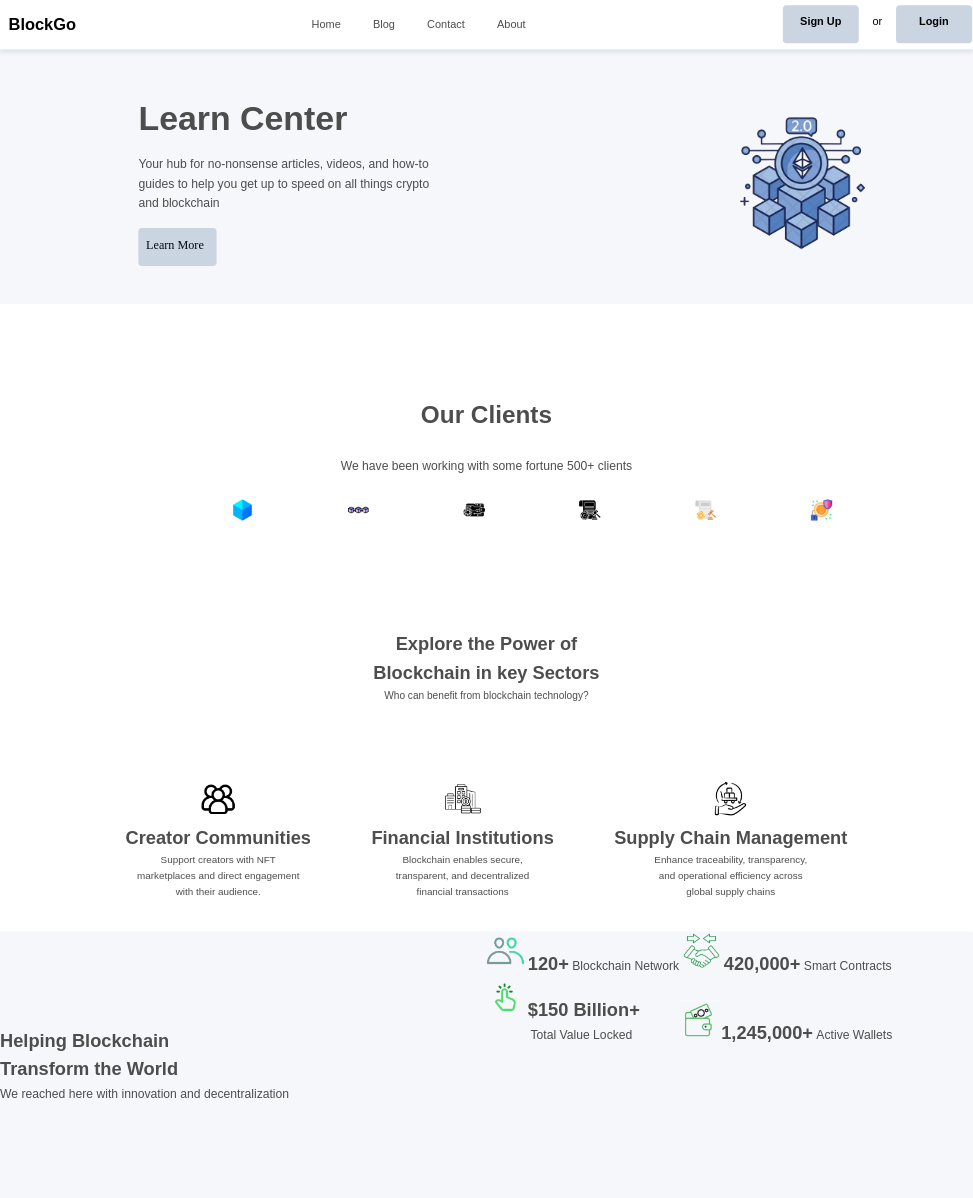
Repository: Tafsirul555/Assignment
Page: Assignment1.html
An editor plug-in stored every save of this project. The page is shown before and after the next save, followed by the edit.
The browser window is 1280 px wide. The pictures show the whole page, at 76% of full size.

Above is the page before, as saved 2025-06-09 02:02:05.

### Assignment1.html
<!DOCTYPE html>
<html lang="en">
<head>
    <meta charset="UTF-8">
    <meta name="viewport" content="width=device-width, initial-scale=1.0">
    <link rel="stylesheet" href="Assignment1.css">
    <title>Document</title>
</head>
<body>
    <nav class="navbar">

        <div class="logo">
            <h1>BlockGo</h1>
        </div>

        <div class="nav-link">

                    <a href="#">Home</a>
                    <a href="#">Blog</a>
                    <a href="#">Contact</a>
                    <a href="#">About</a>
        </div>
        <div class="Data">
            <a href="#" class="SignUp">Sign Up</a>
            <p>&nbsp;or&nbsp;</p>
            <a href="#" class="Login">Login</a>
        </div>
    </nav>

    <header class="Headerbar">

        <div class="Header-banner">
            <h1>Learn Center</h1>
            <p>Your hub for no-nonsense articles, videos, and how-to guides to help you get up to speed on all things crypto and blockchain</p>

            <a href="#" class="headerbutton">Learn More</a>
        </div>
         <div class="bannerpic">
            <img src="/Pic/blockchain-20-8079799-6591924-removebg-preview.png" alt="Blockchain">
        </div>
    </header>

    <main class="mainbar">
        <div class="main-text">
        <h1>Our Clients</h1>
        <p>We have been working with some fortune 500+ clients</p>
        </div>

        <div class="main-pic">
            <img src="/Pic/icon/block.png" alt="block.png">
            <img src="/Pic/icon/blockchain.png" alt="blockchain.png">
            <img src="/Pic/icon/crypto-wallet.png" alt="crypto-wallet.png">
            <img src="/Pic/icon/currency-exchange (1).png" alt="currency-exchange (1).png">
            <img src="/Pic/icon/currency-exchange.png" alt="currency-exchange.png">
            <img src="/Pic/icon/secure.png" alt="secure.png">
        </div>
    </main>

    <section class="sectionbar">
        <div class="section-text">
        <h1>Explore the Power of <br>Blockchain in key Sectors</h1>

<p>Who can benefit from blockchain technology?</p>
</div>
    </section>

    <article class="articlebar">

        <div class="article-cc">
            <img src="/Pic/icon/group (1).png" alt="group.png">
            <h1>Creator Communities</h1>
            <p>Support creators with NFT<br>marketplaces and direct engagement<br>with their audience.</p>
            </div>

       <div class="article-fi">
        <img src="/Pic/icon/corporation.png" alt="corporation.png">
       <h1>Financial Institutions</h1>
       <p>Blockchain enables secure,<br>transparent, and decentralized<br>financial transactions</p>
        </div>

        <div class="article-scm">
            <img src="/Pic/icon/procurement.png" alt="procurement.png">
            <h1>Supply Chain Management</h1>
            <p>Enhance traceability, transparency,<br>and operational efficiency across<br>global supply chains</p>
        </div>
    </article>

    <figure class="figurebar">

        <div class="figure-text">
            <h2>Helping Blockchain<br>Transform the World</h2>
            <p>We reached here with innovation and decentralization</p>
        </div>

        <div class="figure-box">

        <div class="figure-bn">
            <div class="figure-bn-img">
            <img src="/Pic/icon/group.png" alt="">
            </div>
            <h2>120+</h2>
            <p>Blockchain Network</p>
        </div>

        <div class="figure-sc">
            <div class="figure-sc-img">
            <img src="/Pic/icon/mutual.png" alt="">
            </div>
            <h2>420,000+</h2>
            <p>Smart Contracts</p>
        </div>

        <div class="figure-tvl">
            <div class="figure-tvl-img">
            <img src="/Pic/icon/tap.png" alt="">
            </div>
            <h2>$150 Billion+</h2>
            <p>Total Value Locked</p>
        </div>

        <div class="figure-aw">
            <div class="figure-aw-img">
            <img src="/Pic/icon/wallet.png" alt="">
            </div>
            <h2>1,245,000+</h2>
            <p>Active Wallets</p>
        </div>
        </div>

    </figure>

</body>
</html>

### Assignment1.css
*{
    margin: 0;
    padding: 0;
    box-sizing: border-box;
    text-decoration: none;
    background: rgba(255, 255, 255, 1);

}

body{
    font-family: Arial, Helvetica, sans-serif;
    line-height: 1.6;
    height: 100%;
}

.navbar{
    width: 100%;
    height: 9vh;
    /* left: -127px;
    padding: 11.14px, 100.23px, 11.14px, 100.23px;
    gap: 43.85px; */
    color: #f5f5ff 0%;
    box-shadow: 0px 2.78px 5.57px 0px rgba(171, 190, 209, 0.4);
    position: fixed;
    display: flex;
    justify-content: center;
    align-items: center;
}

/* .nav-link{
    width: 254.1160888671875px;
    height: 17px;
    gap: 16.71px;
    display: flex;
    justify-content: center;
} */

.navbar div,
.navbar a,
.navbar h1,
.navbar p{
    display: inline-block;
}

.navbar .nav-link a{
    color: rgba(77, 77, 77, 1);
}


.navbar div,
.navbar a,
.navbar p{
    font-size: 2vh;
}

.navbar .logo,
.navbar .nav-link{
    margin-right: 290px;
}

.navbar .logo,
.navbar .nav-link,
.navbar .data,
.navbar p{
    padding: 10px;
    text-align: center;
}

.navbar .nav-link a{
    padding-right: 3vw;
}

.SignUp,
.Login{
    background-color: rgba(203, 213, 225, 1);
    width: 100px;
    height: 50px;
    padding: 10px;
    border-radius: 5px;
    text-align: center;
    font-weight: bold;
    color: black;
}

.Headerbar{
    width: 100%;
    height: 400px;
    background-color: rgba(245, 247, 250, 1);
    display: flex;
    justify-content: center;
    align-items: center;
    padding: 20px;
    gap: 27vw;
    flex-wrap: wrap;
}

.Header-banner{
    display: flex;
    flex-direction: column;
    align-content: center;
    max-width: 400px;
}

.bannerpic{
    width: 150px;
    height: auto;
    object-fit: contain;
    margin-top: 70px;
    margin-right: 20px;
}

.Headerbar p,
.Headerbar h1,
.Headerbar a,
.Headerbar img,
.Header-banner,
.bannerpic{
    background-color: rgba(245, 247, 250, 1);
}

.Headerbar h1{
    margin-top: 80px;
}

.Headerbar p,
.Headerbar h1,
.Headerbar a{
    padding-bottom: 20px;
}

.Header-banner h1{
    font:message-box;
    font-weight:bold;
    font-size: 44.55px;
    line-height: 52.9px;
    letter-spacing: 0%;
    color: rgba(77, 77, 77, 1);
}

.Header-banner p{
    max-width: 100%;
    word-wrap: break-word;
    color: rgba(77, 77, 77, 1);
}

.Header-banner .headerbutton{
    background-color: rgba(203, 213, 225, 1);
    width: 103px;
    height: 50px;
    padding: 10px;
    border-radius: 5px;
}

.Header-banner a{
    color: rgba(2, 6, 23, 1);
    font-family:'Times New Roman', Times, serif;
}

@media (max-width: 550px) {
  .Headerbar {
    flex-direction: column;       /* column করে দিলাম mobile এ */
    justify-content: flex-start;  /* উপর থেকে শুরু হবে */
    align-items: center;
    height: auto;                 /* height auto করে দাও যাতে overflow না হয় */
  }

  .Header-banner{
    align-items: center;
    text-align: center;
    order: 1;
  }

  .bannerpic {
    width: 200px;
    margin-bottom: 20px;

  }
}

.mainbar{
    width: 100%;
    height: 500px;
    display: flex;
    text-align: center;
    flex-direction: column;
}

.mainbar img{
    display: inline-block;
    width: 27.8427791595459px;
    height: auto;
    /* top: 6.85px;
    left: 2.78px; */
    margin-left: 120px;

}

.mainbar h1{
    margin-top: 120px;
    color: rgba(77, 77, 77, 1);
}

.mainbar p{
    color: rgba(77, 77, 77, 1);
}

.mainbar p,
.mainbar img{
    margin-top: 30px;
}

@media (max-width: 550px) {
  .mainbar {
    flex-direction: column;       /* column করে দিলাম mobile এ */
    justify-content: flex-start;  /* উপর থেকে শুরু হবে
    align-items: center; */
    height: auto;                 /* height auto করে দাও যাতে overflow না হয় */
  }

  .main-pic {
    display: inline-block;
    width: 400px;

  }
}

section{
    margin-top: -72px;
}

section h1,
section p{
    text-align: center;
    max-width: 100%;
    word-wrap: break-word;
    color: rgba(77, 77, 77, 1);
}

section p{
    font-size: smaller;
}

@media (max-width: 550px) {
  .sectionbar {
    text-align: center;
    height: auto;
    margin-top: 50px;

  }
}


.articlebar{
    width: 100%;
    height: 200px;
    display: flex;
    justify-content: space-between;
    align-items: center;
    text-align: center;
    flex-wrap: wrap;
    display: inline-block;
    margin-top: 100px;
    color: rgba(77, 77, 77, 1);
}

article img{
    width: 50px;
    height: auto;
}

.articlebar p{
    font-size: small;
}

.articlebar .article-cc,
.articlebar .article-fi,
.articlebar .article-scm{
    display: inline-block;

}

.articlebar .article-fi{
    margin-left: 75px;
    margin-right: 75px;
}

.figurebar{
    width: 100%;
    height: 350px;
    color: rgba(77, 77, 77, 1);
    background-color: rgba(245, 247, 250, 1);
    display: inline-block;
    display: flex;
    justify-content: space-between;
    flex-wrap: wrap;
}

.figurebar .figure-text,
.figurebar .figure-bn,
.figurebar .figure-sc,
.figurebar .figure-tvl,
.figurebar .figure-aw,
.figurebar .figure-box,
.figurebar div,
.figurebar h2,
.figurebar p,
.figurebar img{
    background-color: rgba(245, 247, 250, 1);
}

.figurebar .figure-text,
.figurebar .figure-box {
    width: 50%;
}



.figurebar .figure-box img {
    width: 50px;
}

.figure-box .figure-bn-img,
.figure-box .figure-bn,
.figure-bn h2,
.figure-bn p{
    display: inline-block;
}
.figure-box .figure-aw-img,
.figure-box .figure-aw,
.figure-aw h2,
.figure-aw p{
    display: inline-block;
}
.figure-box .figure-sc-img,
.figure-box .figure-sc,
.figure-sc h2,
.figure-sc p{
    display: inline-block;
}
.figure-box .figure-tvl-img,
.figure-box .figure-tvl,
.figure-tvl h2,
.figure-tvl p{
    display: inline-block;

}

.figure-tvl img{
    display: flex;
    align-content: center;
}

.figure-tvl p{
    display: block;
    width: 250px;
    text-align: center;
}


.figurebar .figure-text{
    display: inline-block;
    background-color: rgba(245, 247, 250, 1);
}

.figurebar .figure-text,
.figurebar .figure-bn,
.figurebar .figure-sc,
.figurebar .figure-tvl,
.figurebar .figure-aw{
    display: flex;
    display: inline-block;
    align-content: center ;
}

/* .figurebar{

    ;
    margin-top: 100px;


    padding: 40px;
    border-radius: 10px;
    flex-wrap: wrap;
}

{
    background-color: rgba(245, 247, 250, 1);
}

.figurebar .figure-text{
    min-width: 250px;
}

.figurebar .figure-text h2{
    font-size: 28px;
    margin-bottom: 10px;
}

.figurebar .figure-text p{
    font-size: 16px;
}

.figurebar .figure-box
{
    /* display: grid;
    grid-template-columns: repeat(2,1fr);
    gap: 30px;
    min-width: 250px;
    background-color: rgba(245, 247, 250, 1);
    display: flex;
    justify-content: flex-end;
    margin-bottom: 20px;
} */

/* .figurebar .figure-bn,
.figurebar .figure-sc,
.figurebar .figure-tvl,
.figurebar .figure-aw{
    display: inline-block;
    padding: 15px;
    width: 300px;
} */


/* .figurebar .figure-bn h2,
.figurebar .figure-sc h2,
.figurebar .figure-tvl h2,
.figurebar .figure-aw h2{
    margin: 0;
} */


/* .figurebar .figure-bn p,
.figurebar .figure-sc p,
.figurebar .figure-tvl p,
.figurebar .figure-aw p{
    margin: 0;
} */ */

After the next save:
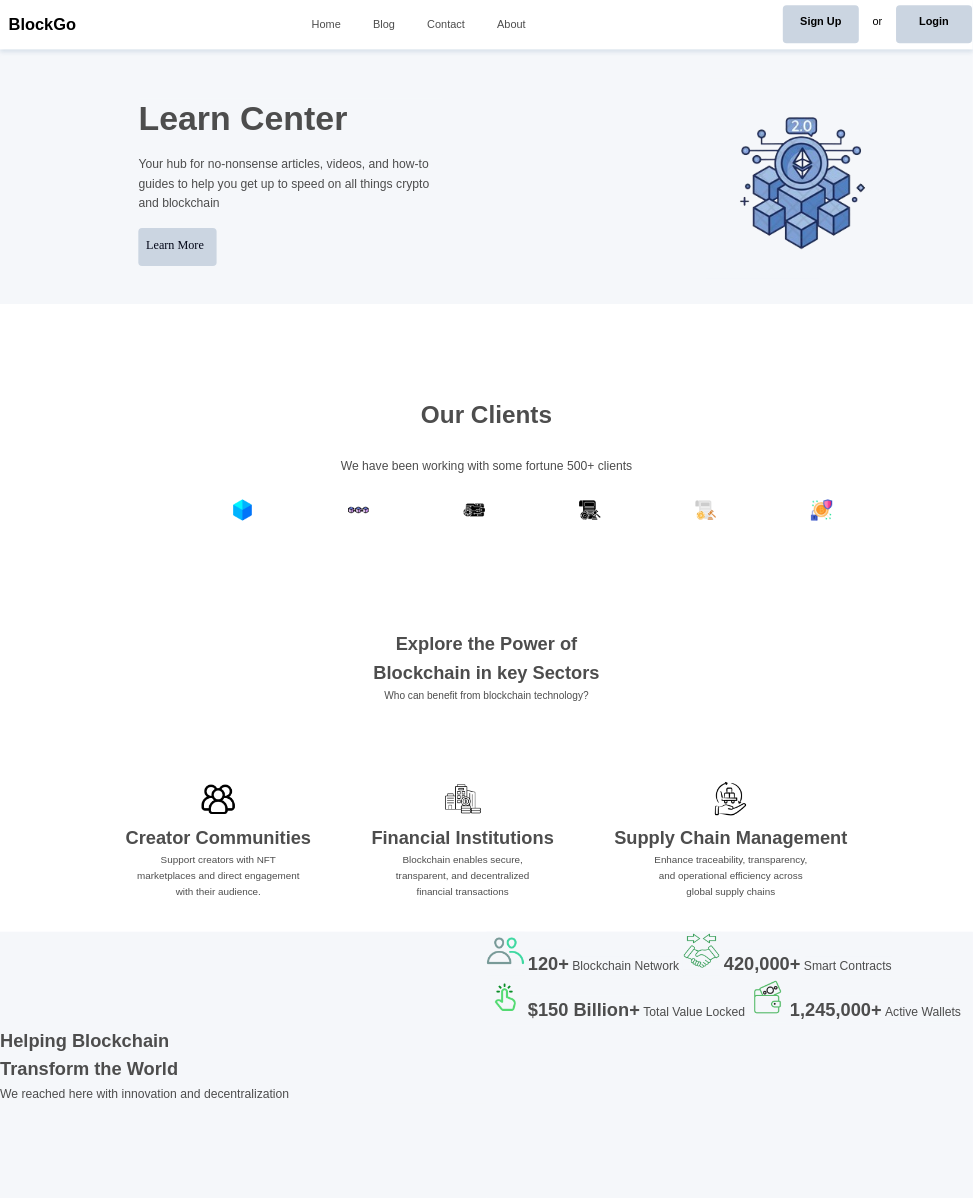
Saved 60 s later.
--- a/Assignment1.css
+++ b/Assignment1.css
@@ -350,12 +350,6 @@ article img{
     align-content: center;
 }
 
-.figure-tvl p{
-    display: block;
-    width: 250px;
-    text-align: center;
-}
-
 
 .figurebar .figure-text{
     display: inline-block;
